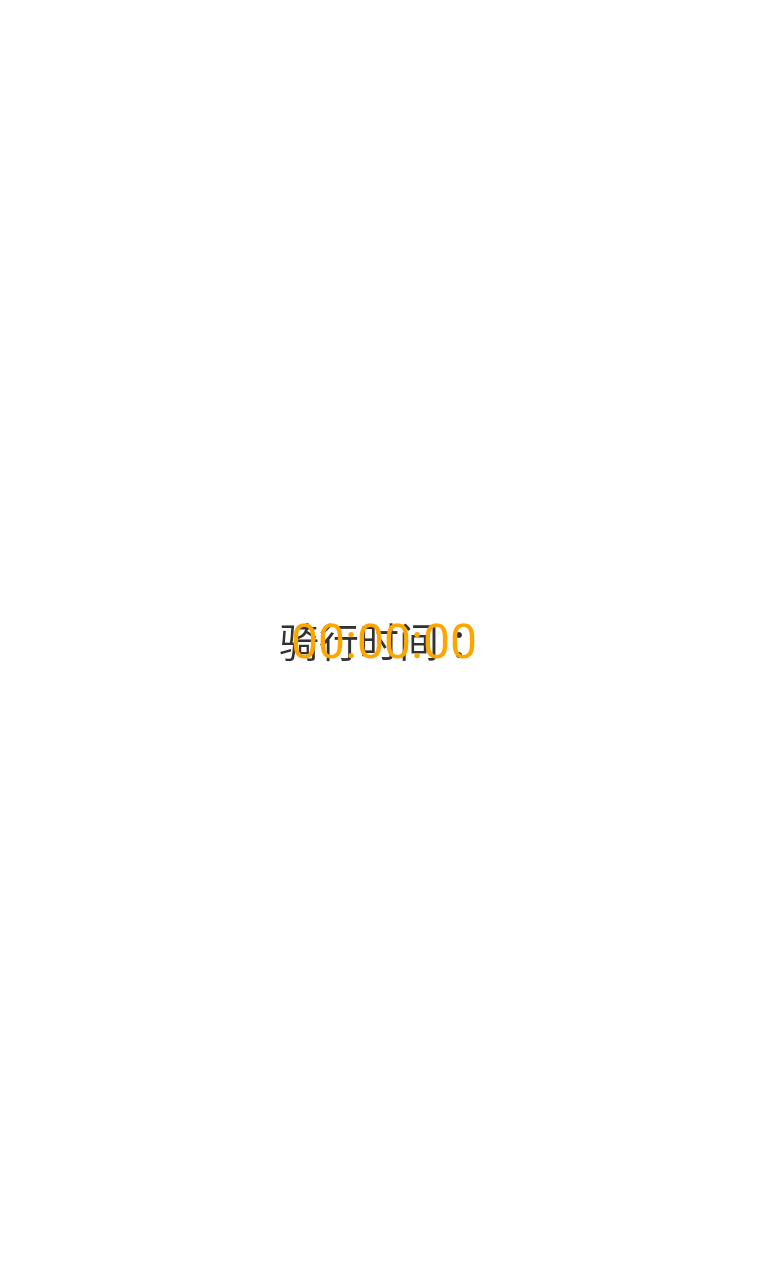
Repository: CovaWang/temporary_embedded
Layout: 7#车联·共享单车/代码/代码/res/layout/time_price.xml
The author's editor kept a copy of each file at every save. The layout is drawn from the files as they stood at one save, then again after the next save.
It is drawn on a 768 x 1280 px phone screen (xhdpi) without system bars, with theme AppTheme; the app's code is not run.

Above is the layout before, as saved 2024-05-15 11:34:59.

### 7#车联·共享单车/代码/代码/res/layout/time_price.xml
<?xml version="1.0" encoding="utf-8"?>
<RelativeLayout xmlns:android="http://schemas.android.com/apk/res/android"
    android:layout_width="fill_parent"
    android:layout_height="match_parent"
    android:orientation="horizontal" >

    <TextView
		android:layout_width="match_parent"
		android:layout_height="match_parent"
		android:layout_weight="1"/>

    <TextView
		android:layout_width="match_parent"
		android:layout_height="match_parent"
		android:gravity="center"
		android:text="骑行时间 ："
		android:textSize="20dp"
		android:layout_weight="1" />

    <Chronometer
        android:id="@+id/chronometer"
        android:layout_width="match_parent"
		android:layout_height="match_parent"
		android:gravity="center"
		android:format="00:00:00"
		android:textSize="24dp"
		android:textColor="#FFA500"
        android:layout_weight="1" />



</RelativeLayout>

### 7#车联·共享单车/代码/代码/res/values/styles.xml
<resources>

    <!--
        Base application theme, dependent on API level. This theme is replaced
        by AppBaseTheme from res/values-vXX/styles.xml on newer devices.

    -->
    <style name="AppBaseTheme" parent="android:Theme.Light">
        <!--
            Theme customizations available in newer API levels can go in
            res/values-vXX/styles.xml, while customizations related to
            backward-compatibility can go here.

        -->
    </style>

    <!-- Application theme. -->
    <style name="AppTheme" parent="AppBaseTheme">
        <!-- All customizations that are NOT specific to a particular API-level can go here. -->
    </style>
    <!-- 高宽都包裹内容 -->
    <style name="wrapcontent">
        <item name="android:layout_width">wrap_content</item>
        <item name="android:layout_height">wrap_content</item>
    </style>

    <!-- 自定义对话框样式 -->
    <style name="dialog_custom" parent="android:style/Theme.Dialog">
        <item name="android:windowFrame">@null</item>
        <item name="android:windowNoTitle">true</item>
        <item name="android:background">#00000000</item>
        <item name="android:windowBackground">@android:color/transparent</item>
    </style>
    <!-- TextView 16sp样式 -->
    <style name="textview16sp" parent="wrapcontent">
        <item name="android:textSize">16sp</item>
        <item name="android:gravity">center_vertical</item>
    </style>

    <!-- TextView 14sp样式 -->
    <style name="textview12sp" parent="wrapcontent">
        <item name="android:textSize">12sp</item>
        <item name="android:gravity">center_vertical</item>
    </style>
    <!-- TextView 14sp样式 -->
    <style name="textview14sp" parent="wrapcontent">
        <item name="android:textSize">14sp</item>
        <item name="android:gravity">center_vertical</item>
    </style>

    <!-- 宽度为0dp,高度为包裹内容，权重为1 -->
    <style name="zero_widthwrapcontent">
        <item name="android:layout_width">0dp</item>
        <item name="android:layout_height">wrap_content</item>
        <item name="android:layout_weight">1</item>
    </style>

    <!-- 黄色14sp,图片间距为5dp的textview -->
    <style name="tvyellow14sp" parent="zero_widthwrapcontent">
        <item name="android:textSize">14sp</item>
        <item name="android:drawablePadding">3dp</item>
        <item name="android:gravity">center</item>
        <item name="android:textColor">@color/bright_yellow</item>
    </style>

</resources>

Loaded but not shown: 7#车联·共享单车/代码/代码/res/values-v11/styles.xml (common file); 7#车联·共享单车/代码/代码/res/values-v14/styles.xml (common file)

After the next save:
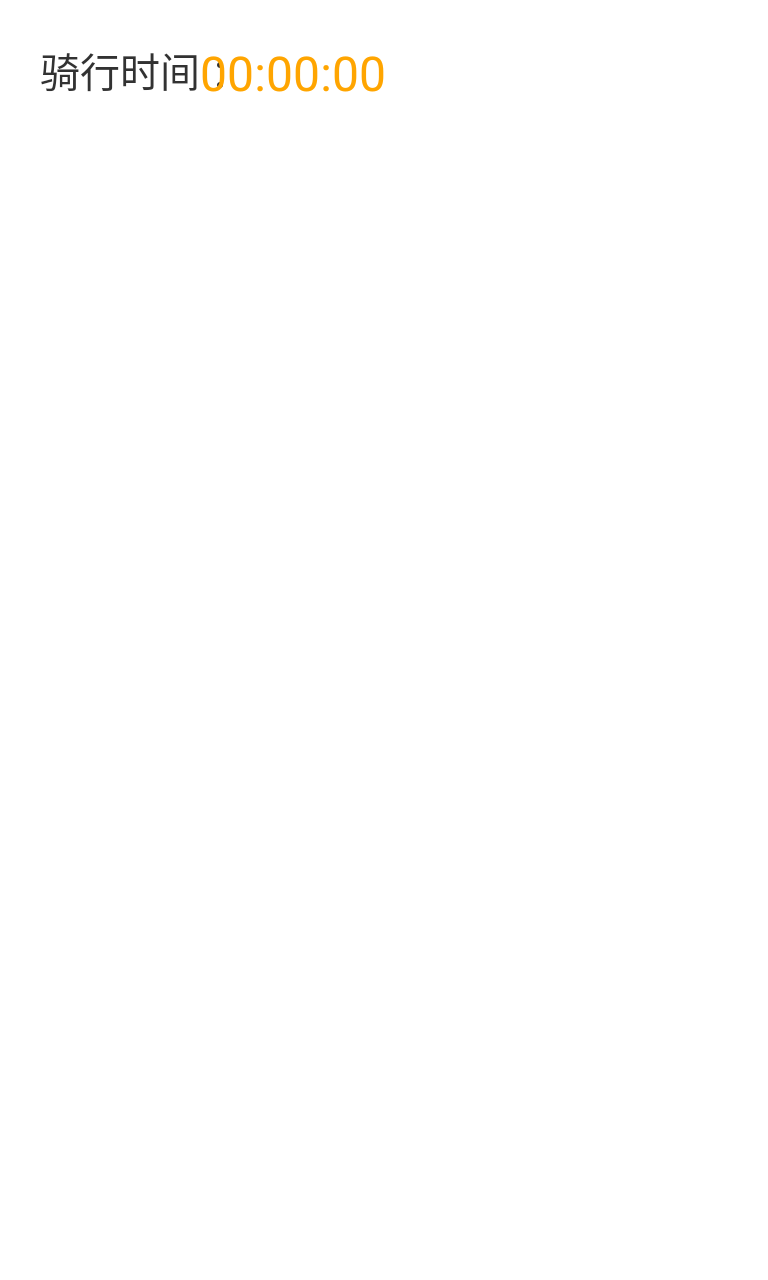
Saved 102 s later.
--- a/7#车联·共享单车/代码/代码/res/layout/time_price.xml
+++ b/7#车联·共享单车/代码/代码/res/layout/time_price.xml
@@ -4,15 +4,17 @@
     android:layout_height="match_parent"
     android:orientation="horizontal" >
 
-    <TextView
+   <!--  <TextView
 		android:layout_width="match_parent"
 		android:layout_height="match_parent"
 		android:layout_weight="1"/>
+     -->
 
     <TextView
 		android:layout_width="match_parent"
 		android:layout_height="match_parent"
-		android:gravity="center"
+		android:layout_marginTop='20dp'
+			android:layout_marginLeft='20dp'
 		android:text="骑行时间 ："
 		android:textSize="20dp"
 		android:layout_weight="1" />
@@ -21,7 +23,8 @@
         android:id="@+id/chronometer"
         android:layout_width="match_parent"
 		android:layout_height="match_parent"
-		android:gravity="center"
+		android:layout_marginTop='20dp'
+		android:layout_marginLeft='100dp'
 		android:format="00:00:00"
 		android:textSize="24dp"
 		android:textColor="#FFA500"
